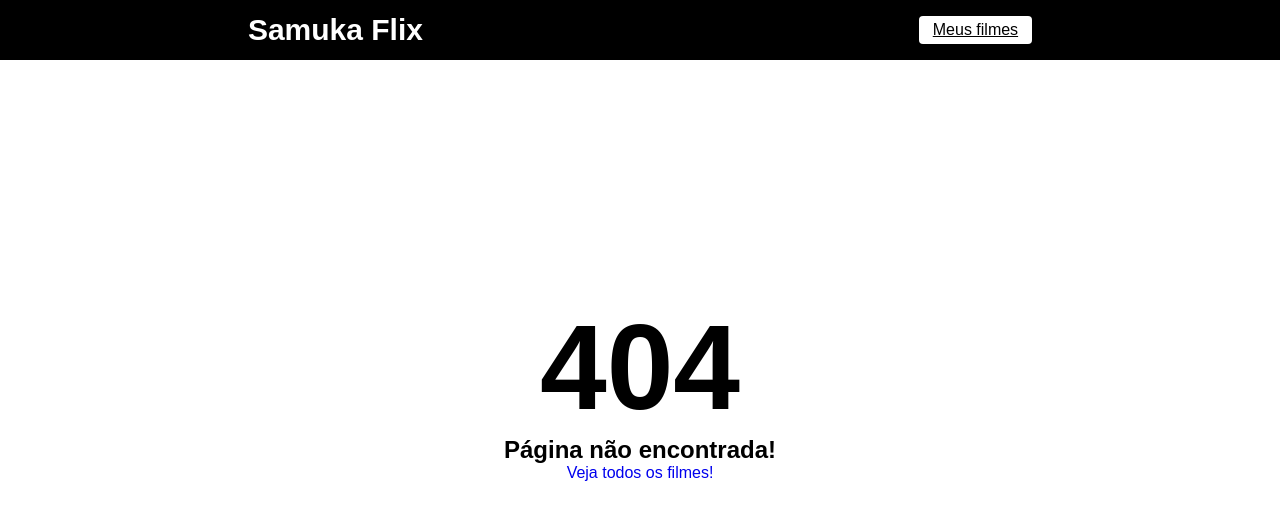
Repository: devsamuel23/primeflix_git
Page: /favoritos
The author's editor kept a copy of each file at every save. The page is drawn from the files as they stood at one save, then again after the next save.
The browser window is 1280 px wide. The pictures show the whole page.
The project was rebuilt for these pictures with package versions that can differ from the ones it lists, and the page was loaded fresh each time. Also part of the build but not shown: src/pages/Home/home.css, src/pages/Home/index.js, src/pages/Filme/index.js.

Above is the page before, as saved 2023-05-19 23:44:31.

### src/index.css
*{
  padding: 0;
  margin: 0;
  box-sizing: border-box;
}
body{
  font-family: sans-serif;
}

.app{
  display: flex;
  width: 100%;
  justify-content: center;
  align-items: center;
  flex-direction: column;
}

### src/App.js
import RoutesApp from "./routes";

function App() {
  return (
  <div className="App">
    <RoutesApp/>
    </div>
    );
}

export default App;

### src/routes.js
import { BrowserRouter, Routes, Route } from "react-router-dom";


import Home from './pages/Home'

import Filme from "./pages/Filme";
import Header from "./components/Header";
import Erro from './pages/Erro'
function RoutesApp(){
    return (
      <BrowserRouter>
      <Header/>
        <Routes>
          <Route path="/" element={<Home />} />
          <Route path="/filme/:id" element={<Filme />} />

          <Route path="*" element={ <Erro/>} />
        </Routes>
      </BrowserRouter>
    );
}

export default RoutesApp;

### src/components/Header/index.js
import { Link } from "react-router-dom";
import "./header.css"
function Header(){
    return(
        <header>
            <Link className="logo" to="/">Samuka Flix</Link>
            <Link className="favoritos" to="/favoritos">Meus filmes</Link>
        </header>
    )
}

export default Header;

### src/pages/Erro/index.js
import { Link } from 'react-router-dom'
import '../Erro/Erro.css'

function Erro(){
    return(
        <div className="not-found">
            <h1>404</h1>
            <h2>Página não encontrada!</h2>
            <Link to="/"> Veja todos os filmes!</Link>
        </div>
    )
}

export default Erro;

### src/components/Header/header.css
header{
    display: flex;
    align-items: center;
    justify-content: space-around;
    width: 100%;
    height: 60px;
    background-color: #000000;
}

.logo{
    text-decoration: none;
    font-size: 30px;
    cursor: pointer;
    color: #fff;
    font-weight: bold;
}
.favoritos{
    cursor: pointer;
    background-color: #fff;
    padding: 5px 14px;
    color: #000000;
    border-radius: 4px;
}

### src/pages/Erro/Erro.css
.not-found{
    width: 100%;
    height: calc(100vh - 60px);
    display: flex;
    justify-content: center;
    align-items: center;
    flex-direction: column;
}

.not-found h1{
    font-size: 120px;
}

.not-found a{
    text-decoration: none;
    background-color: #11;
}

Loaded but not shown: public/index.html (common file); src/index.js (common file)

After the next save:
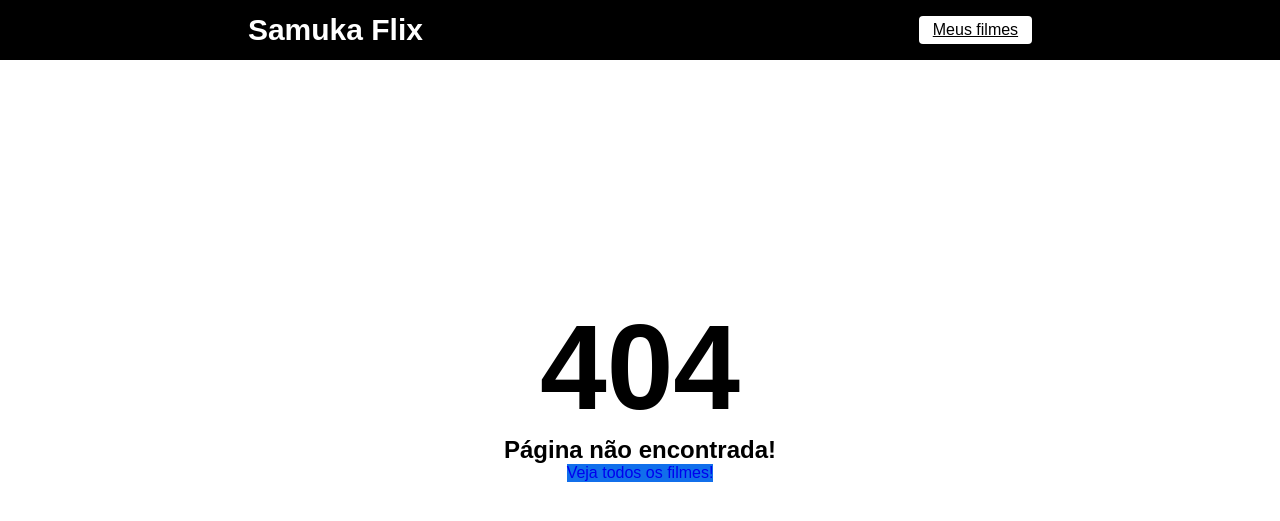
Saved 4 s later.
--- a/src/pages/Erro/Erro.css
+++ b/src/pages/Erro/Erro.css
@@ -13,5 +13,5 @@
 
 .not-found a{
     text-decoration: none;
-    background-color: #11;
+    background-color: #116feb;
 }
